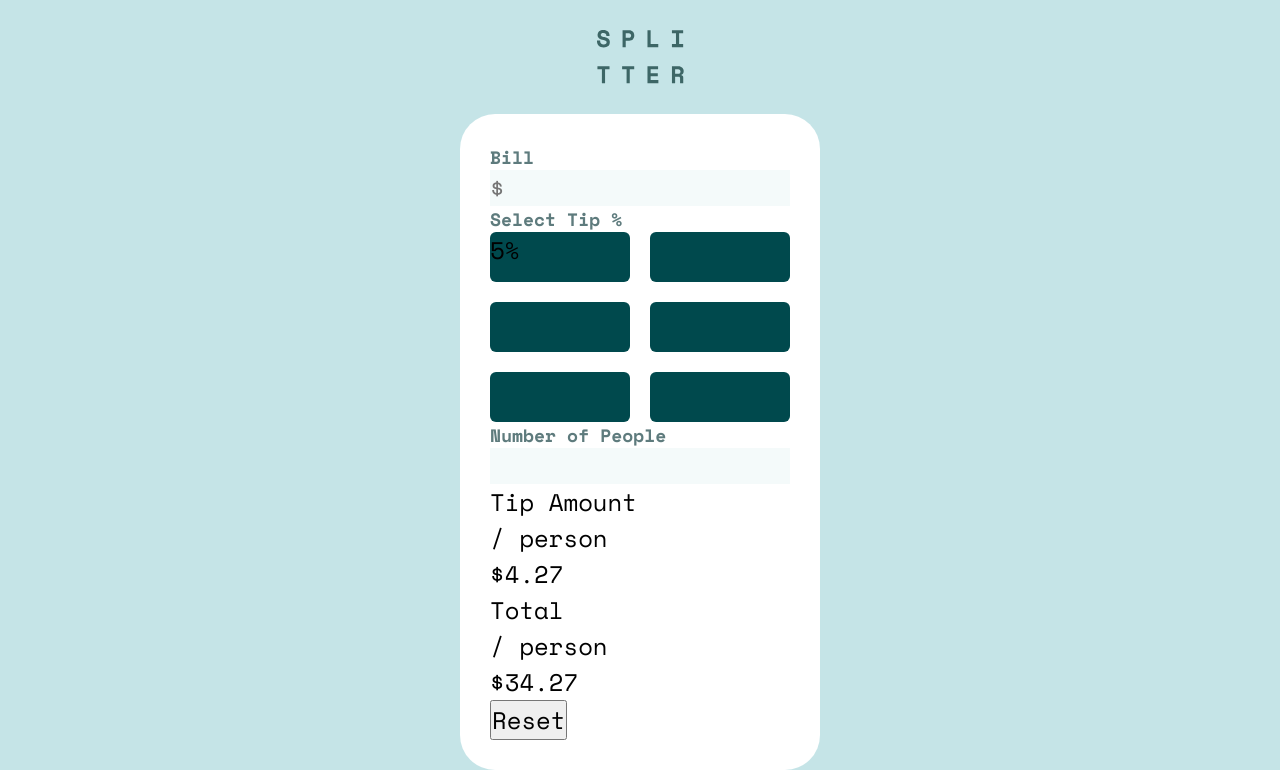
Repository: tomas938/tipcalculator
Page: /
The author's editor kept a copy of each file at every save. The page is drawn from the files as they stood at one save, then again after the next save.
The browser window is 1280 px wide. The pictures show the whole page.
The project was rebuilt for these pictures with package versions that can differ from the ones it lists, and the page was loaded fresh each time.

Above is the page before, as saved 2021-08-03 22:20:54.

After the next save:
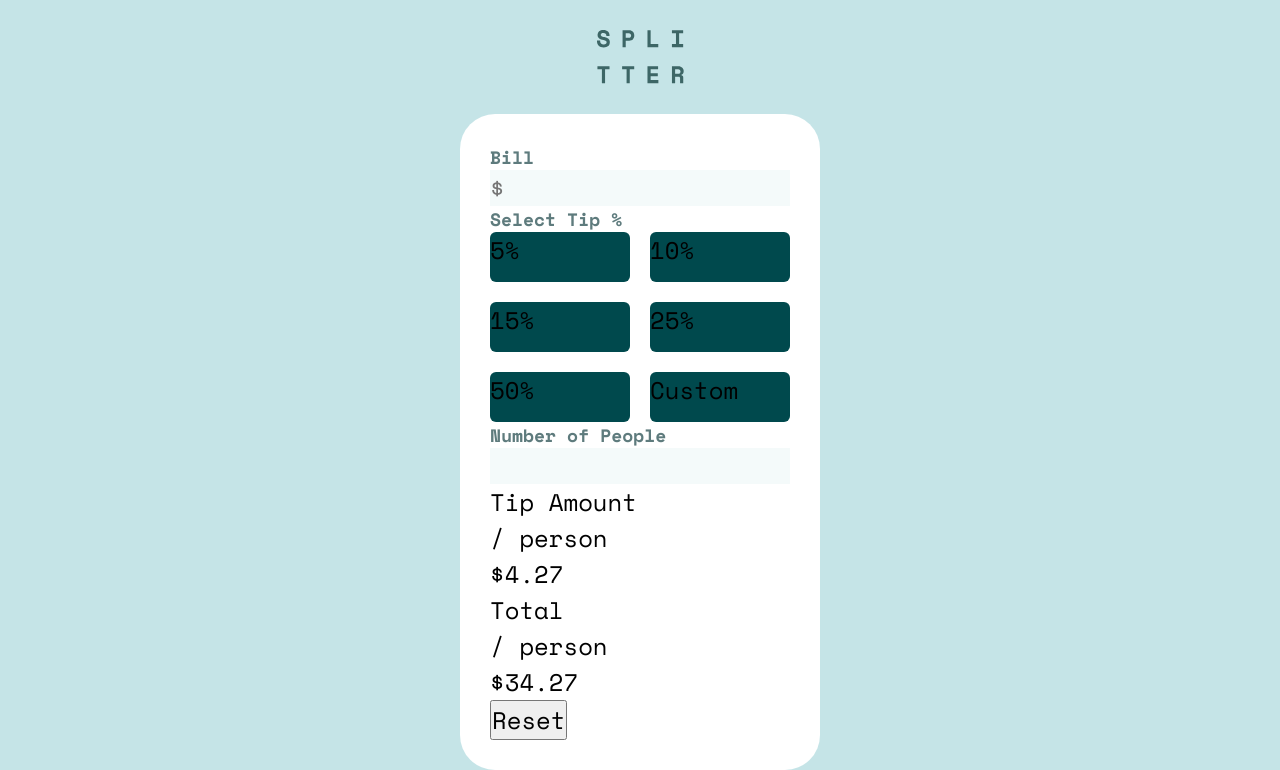
Saved 49 s later.
--- a/src/components/Splitter.vue
+++ b/src/components/Splitter.vue
@@ -11,12 +11,12 @@
 			<input type="text" placeholder="$" />
 			<h3>Select Tip %</h3>
 			<div class="calculator__grid">
-				<div class="calculator__grid__item item-1">5%</div>
-				<div class="calculator__grid__item item-2"></div>
-				<div class="calculator__grid__item item-3"></div>
-				<div class="calculator__grid__item item-4"></div>
-				<div class="calculator__grid__item item-5"></div>
-				<div class="calculator__grid__item item-6"></div>
+				<div class="calculator__grid__item item-1"><p>5%</p></div>
+				<div class="calculator__grid__item item-2"><p>10%</p></div>
+				<div class="calculator__grid__item item-3"><p>15%</p></div>
+				<div class="calculator__grid__item item-4"><p>25%</p></div>
+				<div class="calculator__grid__item item-5"><p>50%</p></div>
+				<div class="calculator__grid__item item-6"><p>Custom</p></div>
 			</div>
 			<h3>Number of People</h3>
 			<input type="text" />
